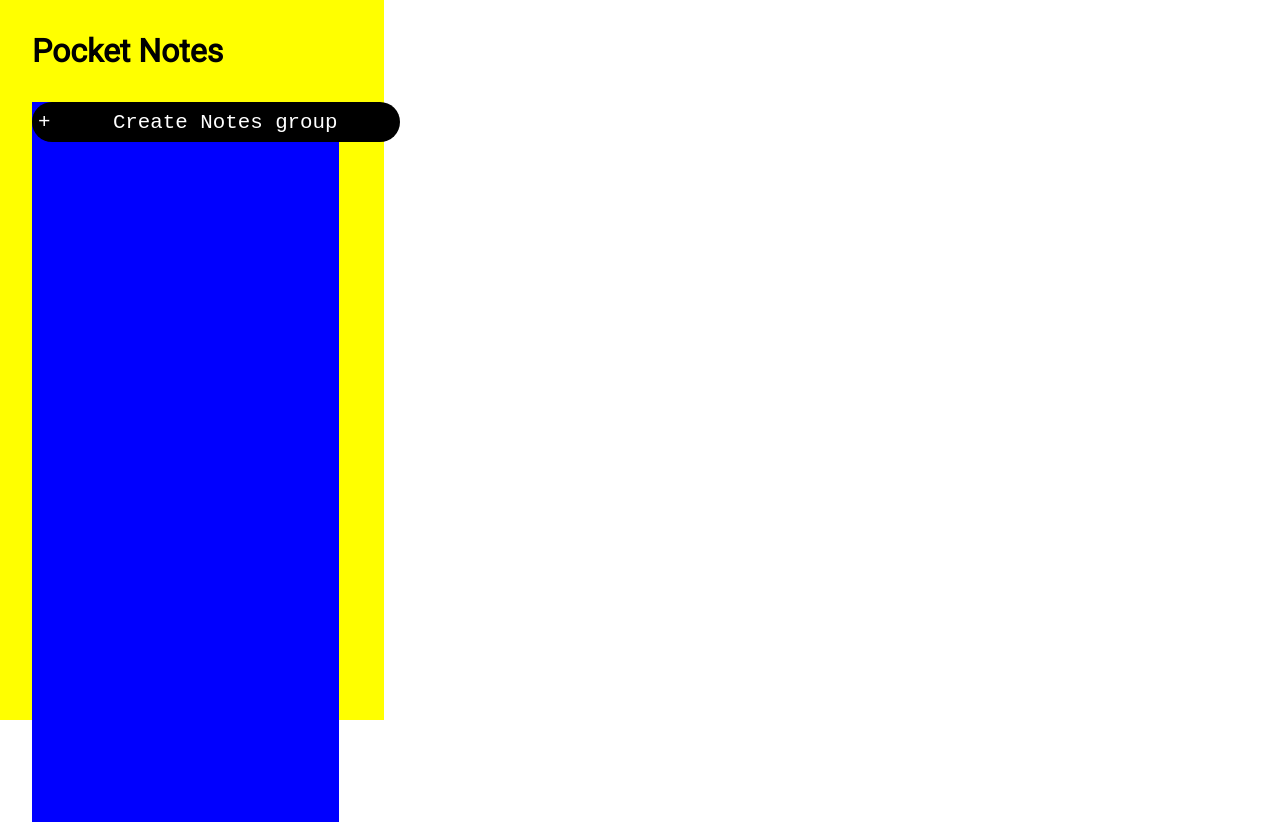
Repository: drumsmanku/react-module-test
Page: /
An editor plug-in stored every save of this project. The page is shown before and after the next save, followed by the edit.
The browser window is 1280 px wide. The pictures show the whole page.
The project was rebuilt for these pictures with package versions that can differ from the ones it lists, and the page was loaded fresh each time.

Above is the page before, as saved 2023-06-07 20:52:25.

### src/App.js
import './App.css';
import MainPage from './Components/MainPage';

function App() {
  return (
    <div className="App">
      <MainPage/>
    </div>
  );
}

export default App;

### src/Components/MainPage.js
import React from 'react';
import './MainPage.css';
import PopUp from './PopUp';
import { useEffect, useState } from 'react';

function MainPage() {
  const myGroups=JSON.parse(localStorage.getItem('group'));
  useEffect(()=>{
    console.log(myGroups)
  }, [])
  return (
    <div className='main-container'>
      <div className="first-compartment">
          <h1>Pocket Notes</h1>
          <div className='group-buttons'>
            <PopUp/>


          </div>
      </div>
      <div className="second-comartment">

      </div>
    </div>
  )
}

export default MainPage

### src/Components/MainPage.css
@import url('https://fonts.googleapis.com/css2?family=Roboto&display=swap');
body{
  font-family: 'Roboto';
}

.main-compartment{
  height: 100vh;
  width: 100vw;
}

.first-compartment{
  width: 30%;
  height: 100vh;
  background-color: yellow;
}

.first-compartment h1{
  margin: 0;
  text-align: left;
  padding: 2rem;
}
.group-buttons{
  height: inherit;
  width: 80%;
  background-color: blue;
  display: flex;
  flex-direction: column;
  align-items: flex-start;
  margin-left: 2rem;
}

### src/Components/PopUp.js
import React from "react";
import './PopUp.css'
import Popup from "reactjs-popup";
import "reactjs-popup/dist/index.css";
import { useState,useEffect } from "react";

function PopUp() {
  const [input, setInput]=useState("");
  const [group, setGroup] = useState([])
  const handleInputChange=(event)=>{
    setInput(event.target.value);
  }
  const handleButtonClick=()=>{
    setGroup([...group, input]);
    setInput('');
  }
  useEffect(() => {
    localStorage.setItem('group', JSON.stringify(group));
    const storedValue = localStorage.getItem('group');
    console.log(storedValue);
  }, [group]);

  return (
    <div>
      <Popup trigger={<button className="btn-1"><pre style={{margin:0, display:'flex'}}><p style={{margin:0}}>+</p>     Create Notes group</pre> </button>} modal nested>
        {(close) => (
          <div className="modal">
            <div className="content">Welcome to GFG!!!</div>
            <div>
              <button onClick={() => close()}>Close modal</button>
              <input type="text" onChange={handleInputChange} value={input} />
              <button onClick={handleButtonClick}>add</button>
            </div>
          </div>
        )}
      </Popup>
    </div>
  );
}

export default PopUp;

### src/Components/PopUp.css
@import url('https://fonts.googleapis.com/css2?family=Roboto&display=swap');

body{
  font-family: 'Roboto';
}

.btn-1{
  width: 23rem;
  height: 2.5rem;
  background-color: black;
  border: none;
  border-radius: 3rem;
  color: white;
  font-weight: 2rem;
  font-size: 1.3rem;
}

Loaded but not shown: public/index.html (common file); src/index.js (common file); src/index.css (common file); src/App.css (common file)

After the next save:
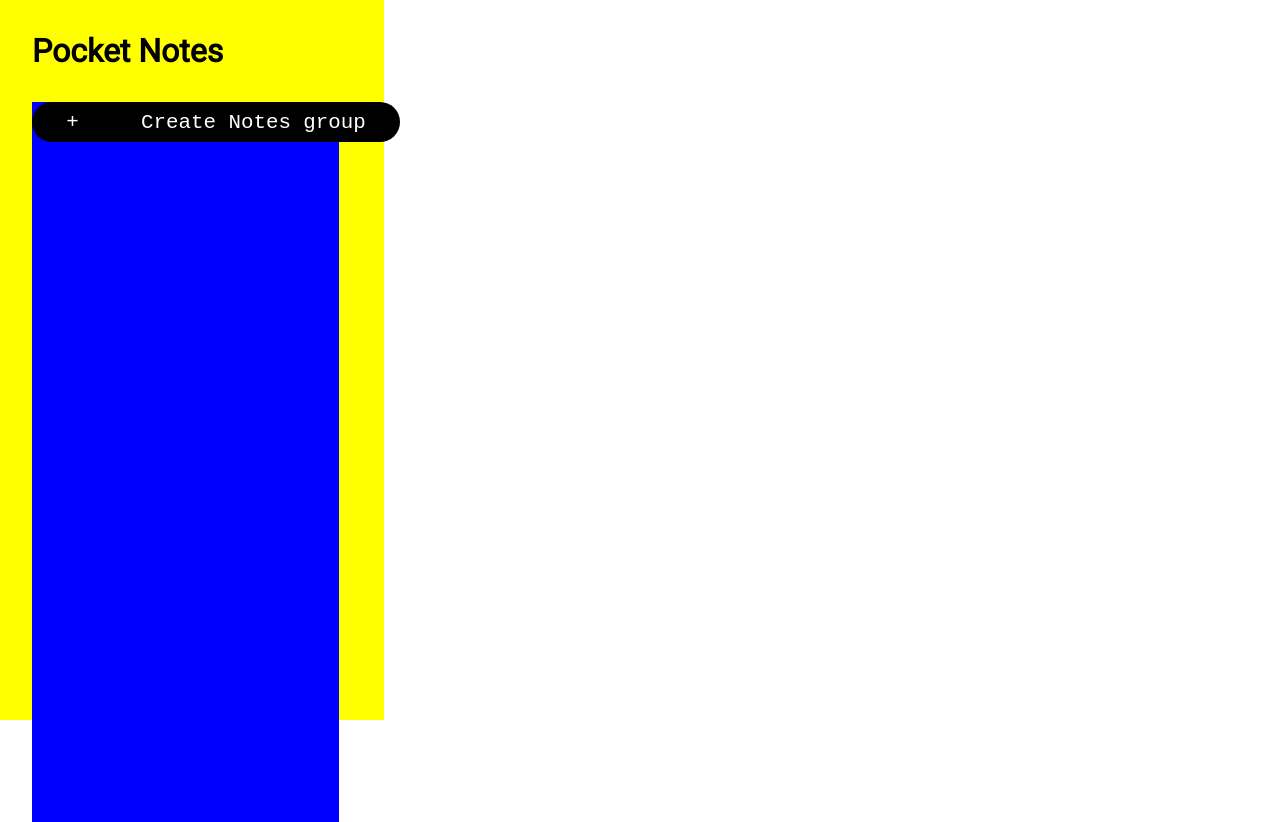
Saved 27 s later.
--- a/src/Components/PopUp.js
+++ b/src/Components/PopUp.js
@@ -22,7 +22,7 @@ function PopUp() {
 
   return (
     <div>
-      <Popup trigger={<button className="btn-1"><pre style={{margin:0, display:'flex'}}><p style={{margin:0}}>+</p>     Create Notes group</pre> </button>} modal nested>
+      <Popup trigger={<button className="btn-1"><pre style={{margin:0, display:'flex', justifyContent:'center'}}><p style={{margin:0}}>+</p>     Create Notes group</pre> </button>} modal nested>
         {(close) => (
           <div className="modal">
             <div className="content">Welcome to GFG!!!</div>
